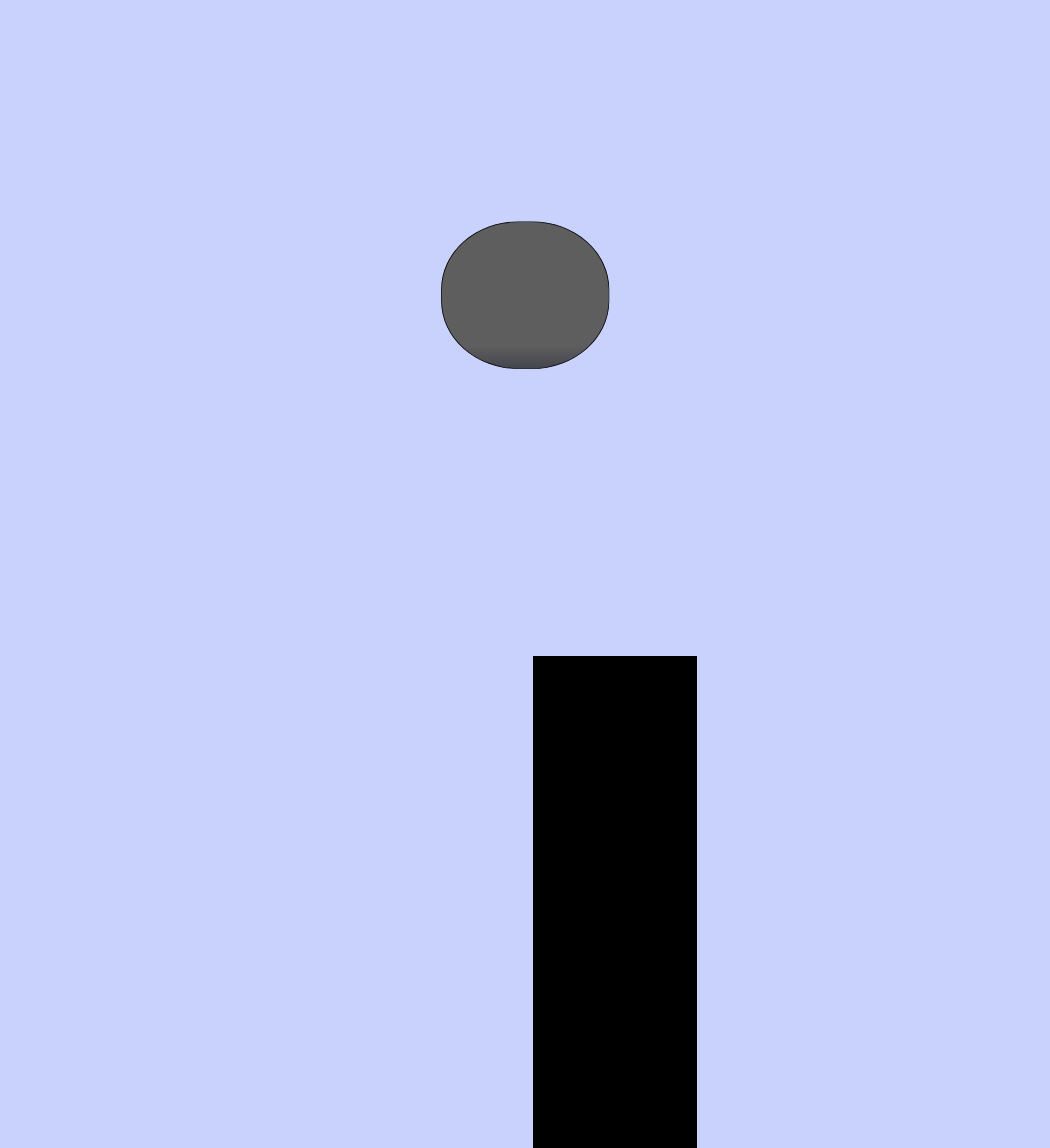
Repository: Lungdjos/cat_painting
Page: index.html
These files come from the project's save history. The page is drawn as it stood at one moment and after the next save; the edit follows.
The browser window is 1280 px wide. The pictures show the whole page, at 82% of full size.

Above is the page before, as saved 2023-11-06 22:23:30.

After the next save:
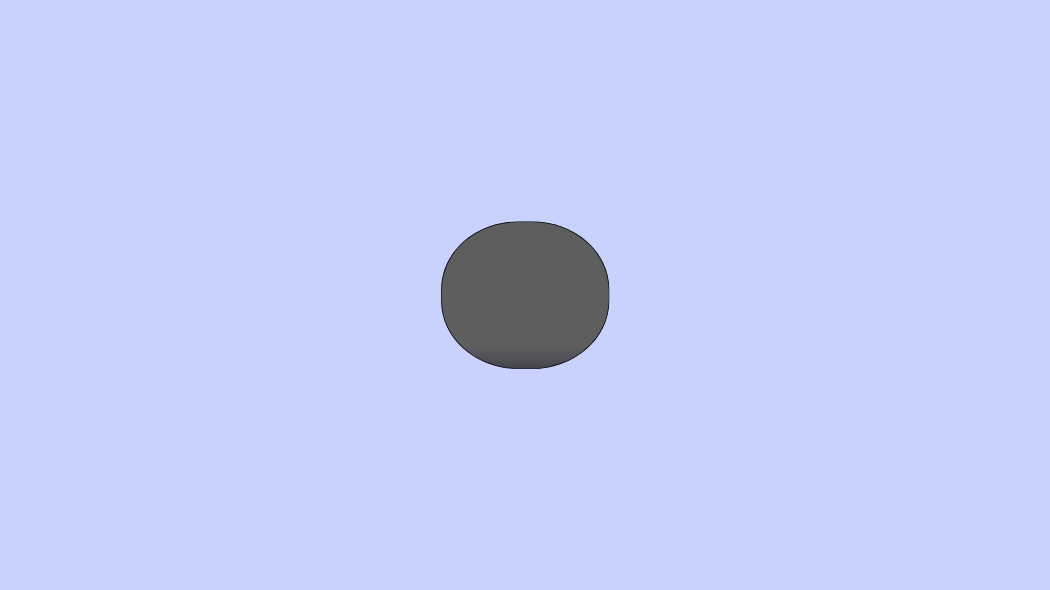
Saved 56 s later.
--- a/index.html
+++ b/index.html
@@ -13,7 +13,7 @@
         <div class="cat-head">
 
         </div>
-        <div class="box"></div>
+        <!-- <div class="box"></div> -->
     </main>
 
 </body>
